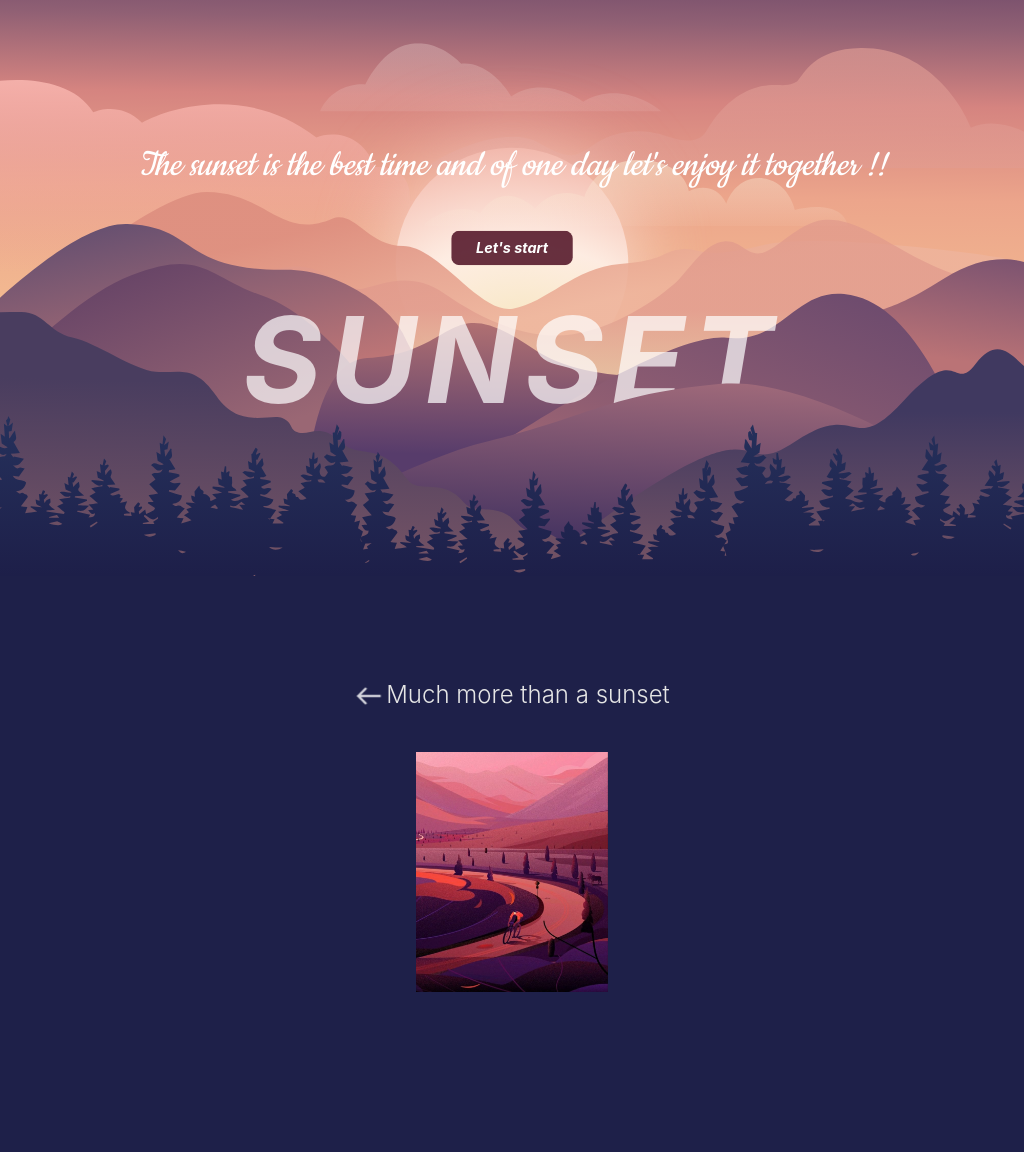
Repository: nambui98/parallax
Page: /
An editor plug-in stored every save of this project. The page is shown before and after a run of saves, followed by the edit.
The browser window is 1280 px wide. The pictures show the whole page, at 80% of full size.
The project was rebuilt for these pictures with package versions that can differ from the ones it lists, and the page was loaded fresh each time. Also part of the build but not shown: vite.config.ts.

Above is the page before, as saved 2022-03-24 15:31:50.

After the next 2 saves:
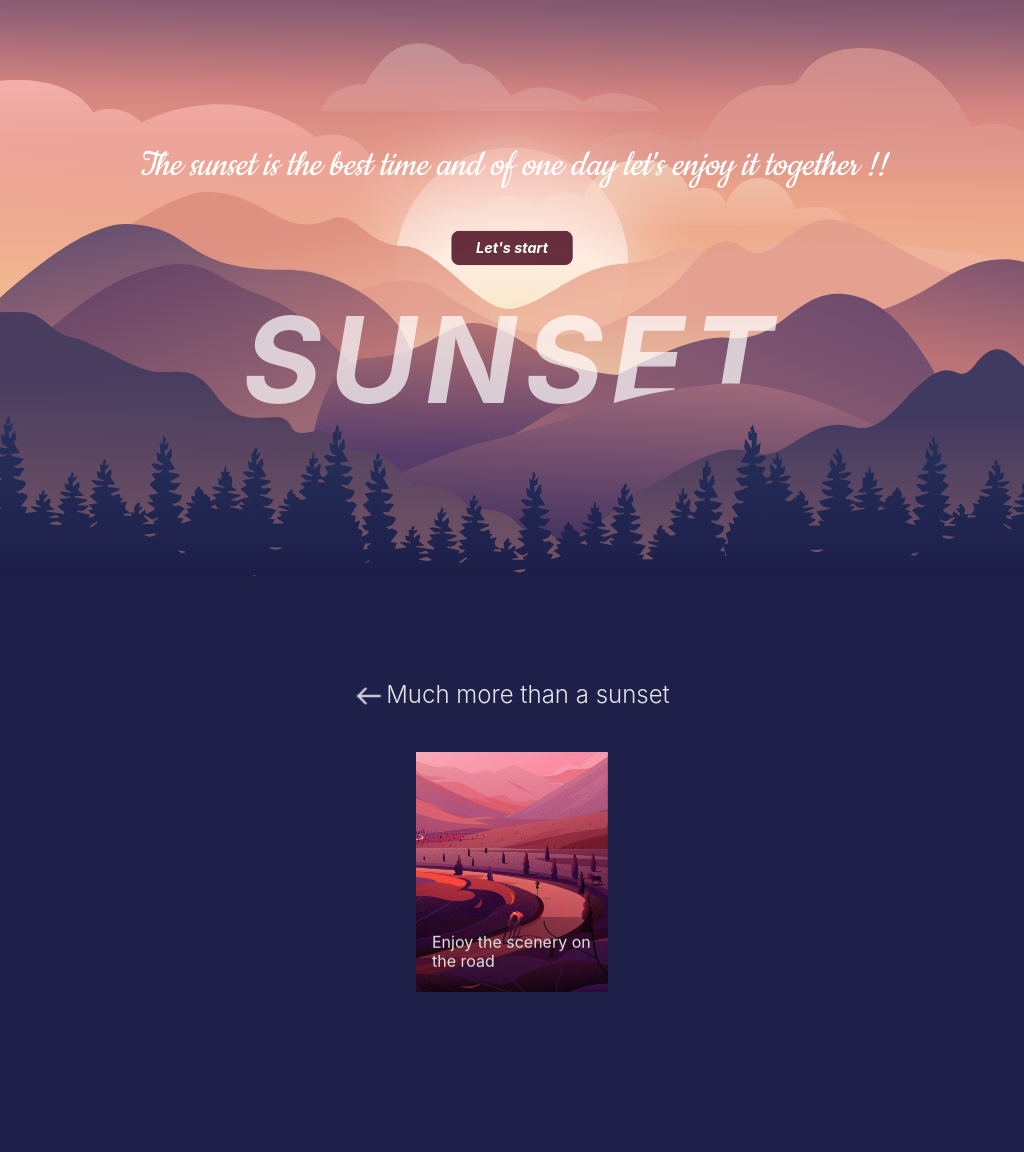
The 2 saves are shown as one change because they came seconds apart.
The last was saved 15 s later.
--- a/src/App.scss
+++ b/src/App.scss
@@ -182,14 +182,14 @@ html{
     font-size: 2rem;
     font-weight: normal;
     padding: 2rem;
-    height: 0;
-    opacity: 0;
+    // height: 0;
+    // opacity: 0;
   }
   &__card:hover &__txt{
     height: 9.4rem;
     opacity: 1;
   }
-  &__card:hover{
-    height: calc(100% - 9.4rem);
-  }
+  // &__card:hover{
+  //   height: calc(100% - 9.4rem);
+  // }
 }
